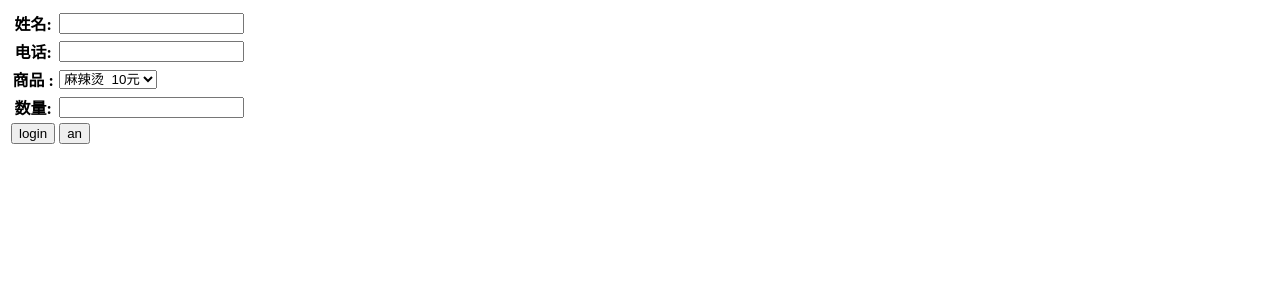
Repository: husama/Doctor
Page: hanlp/nlp/src/main/webapp/WEB-INF/page/NewFile.html
The author's editor kept a copy of each file at every save. The page is drawn from the files as they stood at one save, then again after the next save.
The browser window is 1280 px wide. The pictures show the whole page.

Above is the page before, as saved 2016-09-11 06:40:10.

### hanlp/nlp/src/main/webapp/WEB-INF/page/NewFile.html
<!DOCTYPE html>
<html>
<head>
<meta charset="UTF-8">
<title>Insert title here</title>
</head>
<body>
	<script>
		function myFunction()
		{

			var a=0;
			if(form1.commodity.value=="malatang")
				a=10;
			if(form1.commodity.value=="shaguo")
				a=8;
			if(form1.commodity.value=="mixian")
				a=12;
			if(form1.commodity.value=="suanlafen")
				a=9;
			document.write("总金额"+a*form1.number.value);
		}
		</script>
	<form name="form1" action="request" method="post">
		<table>
			<tr>
				<th>姓名:</th>
				<td><input type="text" id="name" name="name"/></td>
			</tr>
			<tr>
				<th>电话:</th>
				<td><input type="text" id="phone" name="phone"/></td>
			</tr>
			<tr>
				<th>商品 :</th>
				<td>
					<select name="commodity">
					<option value="malatang">麻辣烫 &nbsp;10元</option>
					<option value="shaguo">砂锅 &nbsp;8元</option>
					<option value="mixian">米线&nbsp;12元</option>
					<option value="suanlafen">酸辣粉&nbsp;9元</option>
					</select>
				</td>
			</tr>
			<tr>
				<th>数量:</th>
				<td><input type="text" id="number" name="number"/></td>
			</tr>
			<tr>
				<td><input type="submit" id="submit" value="login" onclick=""/></td>
				<td><button type="button" onclick="myFunction()">an</button></td>
			</tr>
		</table>
	</form>
</body>
</html>

After the next save:
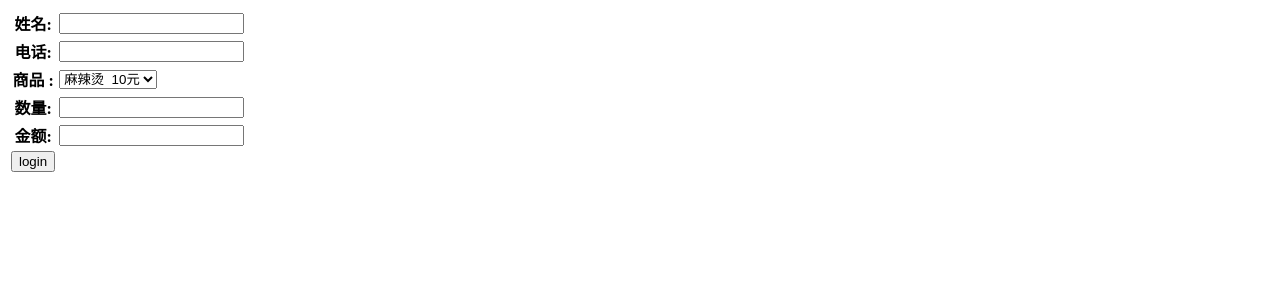
Saved 14 min 37 s later.
--- a/hanlp/nlp/src/main/webapp/WEB-INF/page/NewFile.html
+++ b/hanlp/nlp/src/main/webapp/WEB-INF/page/NewFile.html
@@ -8,7 +8,10 @@
 	<script>
 		function myFunction()
 		{
-
+			if(form1.number.value<=0){
+				alert("数量输入不正确");
+				return ;
+			}
 			var a=0;
 			if(form1.commodity.value=="malatang")
 				a=10;
@@ -18,7 +21,11 @@
 				a=12;
 			if(form1.commodity.value=="suanlafen")
 				a=9;
-			document.write("总金额"+a*form1.number.value);
+			if(a*form1.number.value>form1.money.value){
+				alert("金额不足");
+				return ;
+			}
+			form1.submit();
 		}
 		</script>
 	<form name="form1" action="request" method="post">
@@ -47,8 +54,11 @@
 				<td><input type="text" id="number" name="number"/></td>
 			</tr>
 			<tr>
-				<td><input type="submit" id="submit" value="login" onclick=""/></td>
-				<td><button type="button" onclick="myFunction()">an</button></td>
+				<th>金额:</th>
+				<td><input type="text" id="money" name="money"/></td>
+			</tr>
+			<tr>
+				<td><input type="button" id="submit" value="login"  onclick="myFunction()"/></td>
 			</tr>
 		</table>
 	</form>
